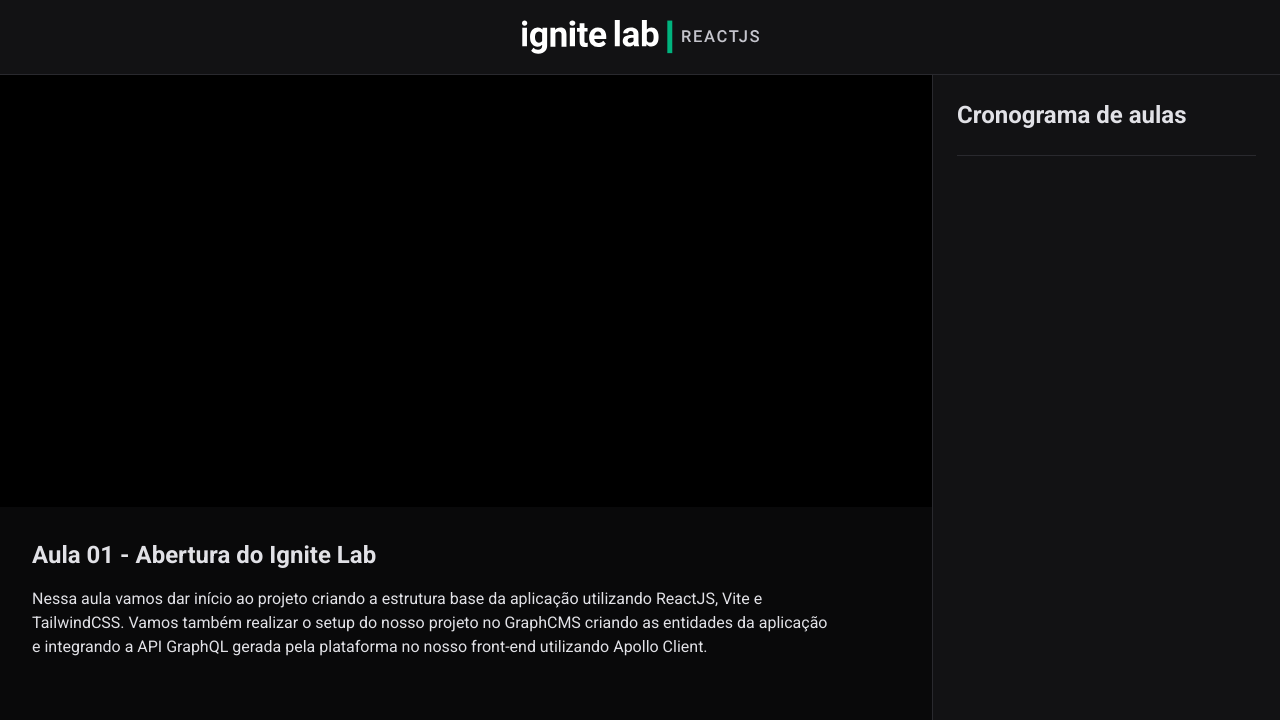
Repository: XFERRER7/Ignite-lab
Page: /
An editor plug-in stored every save of this project. The page is shown before and after the next save, followed by the edit.
The browser window is 1280 px wide. The pictures show the whole page.
The page's requests for data from a server got no answer. The project was rebuilt for these pictures with package versions that can differ from the ones it lists, and the page was loaded fresh each time. No one was signed in, and anything a server would have sent is missing. Also part of the build but not shown: vite.config.ts, src/components/Lesson.tsx.

Above is the page before, as saved 2022-06-26 01:51:21.

### index.html
<!DOCTYPE html>
<html>
  <head>
    <meta charset="UTF-8" />
    <link rel="icon" type="image/svg+xml" href="/src/favicon.svg" />
    <meta name="viewport" content="width=device-width, initial-scale=1.0" />
    <title>Event Platform</title>
    <link rel="preconnect" href="https://fonts.googleapis.com">
<link rel="preconnect" href="https://fonts.gstatic.com" crossorigin>
<link href="https://fonts.googleapis.com/css2?family=Roboto:wght@400;500;700&display=swap" rel="stylesheet">
  </head>
  <body>
    <div id="root"></div>
    <script type="module" src="/src/main.tsx"></script>
  </body>
</html>

### src/main.tsx
import { ApolloProvider } from '@apollo/client'
import React from 'react'
import ReactDOM from 'react-dom/client'
import App from './App'
import { client } from './lib/apollo'
import './styles/Global.css'

ReactDOM.createRoot(document.getElementById('root')!).render(
  <React.StrictMode>
    <ApolloProvider client={client}>
    <App />
    </ApolloProvider>
  </React.StrictMode>
)

### src/App.tsx
import { Header } from "./components/Header"
import { Lesson } from "./components/Lesson"
import { SideBar } from "./components/SideBar"
import { Video } from "./components/Video"
import { Event } from "./pages/Event"

function App() {

  return (
    <div>
      <Event/>
    </div>
  )
}

export default App

### src/lib/apollo.ts
import { ApolloClient, InMemoryCache } from "@apollo/client";

export const client = new ApolloClient({
  uri: 'https://api-sa-east-1.graphcms.com/v2/cl4oe0npq21lo01xi4o5e7kb5/master',
  cache: new InMemoryCache()
})

### src/styles/Global.css
@tailwind base;
@tailwind components;
@tailwind utilities;

body {
  @apply text-gray-100 bg-gray-900;
  -webkit-font-smoothing: antialiased;
}

### src/pages/Event.tsx
import React from 'react'
import { Header } from '../components/Header'
import { SideBar } from '../components/SideBar'
import { Video } from '../components/Video'

export const Event = () => {
  return (
    <>
    <div className='flex flex-col min-h-screen'>
      <Header/>
      <main className='flex flex-1'>
      <Video/>
      <SideBar/>
      </main>
    </div>

    </>
  )
}

### src/components/Header.tsx
import React from 'react'
import { Logo } from './Logo'

export const Header = () => {
  return (
    <header className='w-full py-5 flex items-center justify-center bg-gray-700 border-b border-gray-600'>
      <Logo/>
    </header>
  )
}

### src/components/SideBar.tsx
import { gql, useQuery } from '@apollo/client'
import React from 'react'
import { Lesson } from './Lesson'


const GET_LESSONS_QUERY = gql`
  query {
    lessons(orderBy: availableAt_ASC, stage: PUBLISHED) {
      id
      slug
      title
      availableAt
      lessonType
    }
}

`

interface GetLessonsQueryResponse {
  lessons: {
    id: string
    slug:string
    title:string
    availableAt:string
    lessonType: 'live' | 'class'
  }[]
}


export const SideBar = () => {

  const {data} = useQuery<GetLessonsQueryResponse>(GET_LESSONS_QUERY)

  return (
    <aside className='w-[348px] bg-gray-700 p-6 border-l border-gray-600'>
      <span className='font-bold text-2xl pb-6 mb-6 border-b border-gray-600 block'>Cronograma de aulas</span>

      <div className='flex flex-col gap-8'>
        {
          data?.lessons.map(lesson => {
            return (
              <Lesson
              title={lesson.title}
              slug={lesson.slug}
              avaliableAt={new Date(lesson.availableAt)}
              type={lesson.lessonType}/>
            )
          })
        }

      </div>
    </aside>
  )
}

### src/components/Video.tsx
import React from 'react'

export const Video = () => {
  return (
    <div className="flex-1">
      <div className="bg-black flex justify-center">
        <div className='h-full w-full max-w-[1100px] max-h-[60vh] aspect-video'></div>
      </div>

      <div className='p-8 max-w-[1100px] mx-auto'>

        <div className='flex items-start gap-16'>
          <div className='flex-1'>
            <h1 className='text-2xl font-bold'>Aula 01 - Abertura do Ignite Lab</h1>
            <p className='mt-4'>
              Nessa aula vamos dar início ao projeto criando a estrutura base da aplicação
              utilizando ReactJS, Vite e TailwindCSS. Vamos também realizar o setup do nosso
              projeto no GraphCMS criando as entidades da aplicação e integrando a API GraphQL
              gerada pela plataforma no nosso front-end utilizando Apollo Client.
            </p>
          </div>
          <div>

          </div>
        </div>

        <div>

        </div>

      </div>

    </div>
  )

}

### src/components/Logo.tsx
import React from "react";

export function Logo() {
  return (
    <svg
      xmlns="http://www.w3.org/2000/svg"
      width="237"
      height="34"
      fill="none"
      viewBox="0 0 237 34"
    >
      <path
        fill="#fff"
        d="M.002 3.112a2.49 2.49 0 01.165-.987c.12-.314.304-.595.535-.83A2.906 2.906 0 012.615.572c.698 0 1.374.257 1.912.723.23.24.412.524.536.837a2.701 2.701 0 010 1.979 2.568 2.568 0 01-.536.837 2.889 2.889 0 01-1.907.723 2.901 2.901 0 01-1.908-.723 2.458 2.458 0 01-.538-.84 2.645 2.645 0 01-.172-.996zm4.96 23.146H.273V7.862h4.689v18.397zM8.012 16.973c0-2.853.686-5.145 2.055-6.883a6.653 6.653 0 015.528-2.606 5.869 5.869 0 014.802 2.09l.2-1.751h4.538v17.95a7.891 7.891 0 01-1.12 4.246 7.243 7.243 0 01-3.147 2.752 11.155 11.155 0 01-4.742.94c-1.378 0-2.74-.279-4.008-.812a7.08 7.08 0 01-2.946-2.11l2.208-3.02a5.905 5.905 0 004.543 2.08 4.356 4.356 0 003.104-1.059 3.938 3.938 0 001.103-2.993v-.994a5.775 5.775 0 01-4.555 1.935 6.647 6.647 0 01-3.05-.652 6.615 6.615 0 01-2.408-1.967c-1.397-1.752-2.085-4.089-2.085-6.942v-.21h-.025l.005.006zm4.997.355a6.723 6.723 0 001.026 3.956 3.233 3.233 0 002.799 1.443c.651.045 1.3-.088 1.878-.39a3.52 3.52 0 001.396-1.305v-7.825a3.448 3.448 0 00-1.374-1.305 3.504 3.504 0 00-1.86-.39 3.28 3.28 0 00-1.61.365 3.22 3.22 0 00-1.219 1.103c-.688.975-1.036 2.418-1.036 4.348zM33.098 7.833l.158 2.196a6.527 6.527 0 012.371-1.927 6.38 6.38 0 012.971-.62c1.97 0 3.438.597 4.39 1.79.953 1.194 1.456 2.936 1.486 5.293v12.249h-4.962V14.683a3.367 3.367 0 00-.684-2.344 3.086 3.086 0 00-1.069-.598 3.008 3.008 0 00-1.211-.13 3.349 3.349 0 00-1.821.454c-.553.32-1.01.794-1.313 1.367v13.37H28.45V7.845l4.647-.012zM47.512 3.112a2.304 2.304 0 01.185-.988 2.42 2.42 0 01.59-.831A3.439 3.439 0 0150.404.57c.772 0 1.52.256 2.117.723.508.486.792 1.142.792 1.826 0 .683-.284 1.34-.792 1.826a3.417 3.417 0 01-2.11.723c-.77 0-1.517-.257-2.11-.723a2.47 2.47 0 01-.594-.839 2.342 2.342 0 01-.19-.994h-.005zm5.483 23.149h-5.18V7.86h5.18v18.4zM62.454 3.334v4.612h3.107v3.677h-3.107v9.382c-.05.53.091 1.063.395 1.495a1.824 1.824 0 001.473.45c.476.002.95-.035 1.421-.114v3.803a9.672 9.672 0 01-2.939.449c-3.398 0-5.128-1.775-5.19-5.32V11.644h-2.642V7.968h2.643V3.356h4.841v-.025l-.002.003zM76.487 27.08a9.277 9.277 0 01-6.759-2.55c-1.74-1.699-2.605-3.957-2.605-6.797v-.494a11.295 11.295 0 011.098-5.08 8.141 8.141 0 013.111-3.465 8.72 8.72 0 014.59-1.22c2.577 0 4.62.815 6.098 2.449 1.478 1.633 2.226 3.94 2.226 6.929v2.055h-12.01a4.665 4.665 0 001.473 2.971 4.487 4.487 0 003.111 1.111 5.426 5.426 0 004.548-2.115l2.476 2.781a7.506 7.506 0 01-3.07 2.507 9.81 9.81 0 01-4.287.916v.002zm-.594-15.514a3.127 3.127 0 00-2.428 1.012 5.405 5.405 0 00-1.188 2.912h7.006v-.405a3.749 3.749 0 00-.908-2.608 3.252 3.252 0 00-2.45-.908h-.03l-.002-.003zM97.771 26.259h-4.957V0h4.957V26.26zM112.209 26.259c-.227-.444-.392-.997-.496-1.659-1.196 1.333-2.751 2.002-4.666 2.002-1.811 0-3.314-.523-4.504-1.572-1.191-1.049-1.786-2.372-1.786-3.966 0-1.96.725-3.464 2.179-4.513 1.453-1.049 3.553-1.58 6.3-1.59h2.273v-1.06c0-.854-.22-1.54-.659-2.051-.44-.513-1.131-.77-2.078-.77-.832 0-1.486.2-1.957.6-.474.4-.708.945-.708 1.64h-4.941c0-1.07.331-2.062.992-2.973.662-.91 1.597-1.626 2.804-2.144 1.206-.518 2.564-.778 4.069-.778 2.28 0 4.089.573 5.429 1.718 1.34 1.145 2.009 2.756 2.009 4.83v8.017c.012 1.754.256 3.082.735 3.983v.29h-4.992l-.003-.004zm-4.086-3.435c.728 0 1.402-.163 2.016-.486.614-.326 1.071-.76 1.367-1.308v-3.181h-1.846c-2.472 0-3.79.854-3.948 2.564l-.017.291c0 .614.217 1.123.649 1.523.434.4 1.026.6 1.779.6v-.003zM136.58 17.183c0 2.963-.632 5.273-1.898 6.931-1.265 1.659-3.032 2.488-5.3 2.488-2.006 0-3.608-.77-4.805-2.308l-.222 1.967h-4.444V.001h4.94v9.418c1.14-1.332 2.638-2 4.496-2 2.256 0 4.025.828 5.308 2.487 1.283 1.658 1.923 3.992 1.923 7v.274l.002.003zm-4.94-.358c0-1.868-.296-3.233-.889-4.094-.592-.861-1.475-1.29-2.65-1.29-1.572 0-2.655.643-3.247 1.932v7.299c.604 1.298 1.697 1.95 3.282 1.95 1.584 0 2.643-.788 3.146-2.36.239-.752.358-1.897.358-3.437z"
      ></path>
      <path
        fill="#C4C4CC"
        d="M164.51 17.501h-2.283v4.53h-2.048v-11.78h4.143c1.36 0 2.408.306 3.149.915.74.61 1.108 1.493 1.108 2.648 0 .787-.19 1.449-.57 1.98-.38.532-.911.94-1.59 1.226l2.646 4.906v.106h-2.194l-2.364-4.531h.003zm-2.283-1.65h2.105c.691 0 1.229-.176 1.619-.524.39-.348.582-.824.582-1.429 0-.604-.18-1.12-.538-1.466-.358-.345-.893-.523-1.606-.533h-2.162V15.85zM179.066 16.773h-4.839v3.625h5.656v1.634h-7.704V10.25h7.648v1.65h-5.6v3.253h4.839v1.62zM189.803 19.29h-4.565l-.955 2.744h-2.127l4.452-11.783h1.836l4.459 11.783h-2.137l-.963-2.744zm-3.99-1.65h3.415l-1.707-4.89-1.708 4.89zM204.716 18.197c-.119 1.256-.583 2.238-1.392 2.941-.81.703-1.885 1.056-3.228 1.056-.938 0-1.764-.222-2.48-.668-.715-.445-1.266-1.079-1.656-1.898-.387-.82-.589-1.772-.607-2.858v-1.1c0-1.11.198-2.09.59-2.937.392-.846.96-1.5 1.695-1.96.736-.458 1.587-.688 2.554-.688 1.301 0 2.347.353 3.139 1.057.792.703 1.254 1.7 1.385 2.99h-2.039c-.096-.846-.343-1.458-.74-1.833-.397-.375-.977-.563-1.745-.563-.89 0-1.574.326-2.05.977-.479.652-.721 1.605-.733 2.863v1.044c0 1.273.227 2.245.683 2.917.457.668 1.123 1.004 2.004 1.004.805 0 1.409-.18 1.814-.543.405-.363.661-.962.77-1.804h2.038l-.002.003zM216.481 11.902h-3.674v10.132h-2.031V11.902h-3.642V10.25h9.347v1.65zM222.759 10.251h2.039v8.262c0 1.127-.353 2.023-1.057 2.687-.703.664-1.633.995-2.788.995-1.229 0-2.179-.311-2.848-.93-.669-.62-1.004-1.484-1.004-2.59h2.038c0 .627.156 1.096.467 1.412.31.316.76.474 1.347.474.55 0 .989-.183 1.315-.545.326-.366.489-.867.489-1.51V10.25h.002zM234.952 18.999c0-.518-.183-.918-.545-1.197-.363-.279-1.022-.563-1.972-.849-.95-.286-1.705-.604-2.265-.955-1.074-.674-1.612-1.555-1.612-2.638 0-.95.388-1.732 1.163-2.347.774-.614 1.779-.922 3.015-.922.819 0 1.55.15 2.194.454a3.597 3.597 0 011.513 1.29c.367.558.55 1.177.55 1.858h-2.038c0-.614-.193-1.095-.578-1.443-.385-.348-.938-.524-1.656-.524-.668 0-1.189.144-1.557.43-.37.286-.555.686-.555 1.197 0 .432.2.792.6 1.08.399.29 1.056.57 1.974.842.918.271 1.653.582 2.208.93.556.348.963.748 1.222 1.197.259.452.387.977.387 1.582 0 .982-.375 1.762-1.127 2.342-.753.58-1.775.87-3.063.87a5.755 5.755 0 01-2.352-.473c-.715-.316-1.27-.75-1.668-1.308-.397-.555-.594-1.204-.594-1.942h2.048c0 .669.222 1.187.664 1.555.441.367 1.075.55 1.902.55.713 0 1.246-.143 1.607-.432.357-.288.538-.671.538-1.145l-.003-.002z"
      ></path>
      <path fill="#00B37E" d="M150.271 33.146h-4.958V.57h4.958v32.576z"></path>
    </svg>
  );
}

### tailwind.config.js
/** @type {import('tailwindcss').Config} */
module.exports = {
  content: [
    './src/**/*.tsx'
  ],
  theme: {
    extend: {
      fontFamily: {
        sans: 'Roboto, sans-serif'
      },
      colors: {
        green: {
          300: '#00B37E',
          500: '#00875F',
          700: '#015F43',
        },
        blue: {
          500: '#81D8F7',
        },
        orange: {
          500: '#FBA94C',
        },
        red: {
          500: '#F75A68',
        },
        gray: {
          100: '#E1E1E6',
          200: '#C4C4CC',
          300: '#8D8D99',
          500: '#323238',
          600: '#29292E',
          700: '#121214',
          900: '#09090A'
        }
      }
    },
  },
  plugins: [],
}

After the next save:
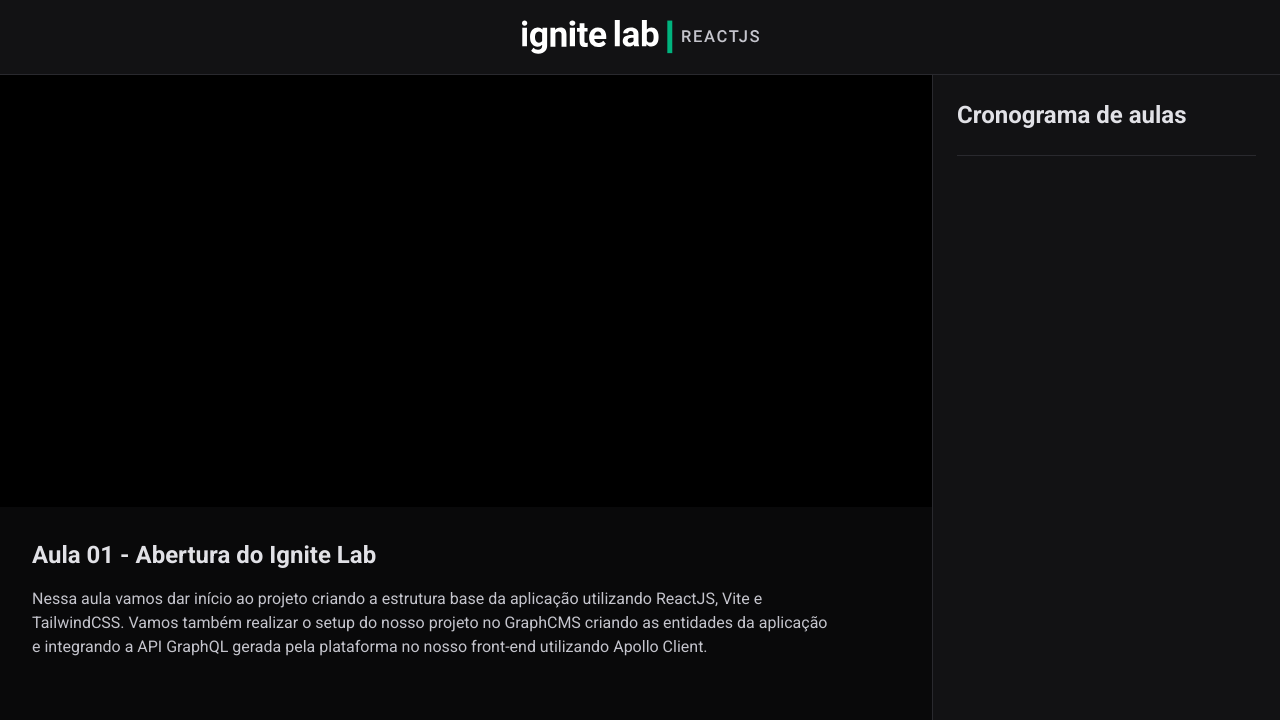
Saved 6 s later.
--- a/src/components/Video.tsx
+++ b/src/components/Video.tsx
@@ -12,7 +12,7 @@
         <div className='flex items-start gap-16'>
           <div className='flex-1'>
             <h1 className='text-2xl font-bold'>Aula 01 - Abertura do Ignite Lab</h1>
-            <p className='mt-4'>
+            <p className='mt-4 text-gray-200'>
               Nessa aula vamos dar início ao projeto criando a estrutura base da aplicação
               utilizando ReactJS, Vite e TailwindCSS. Vamos também realizar o setup do nosso
               projeto no GraphCMS criando as entidades da aplicação e integrando a API GraphQL
